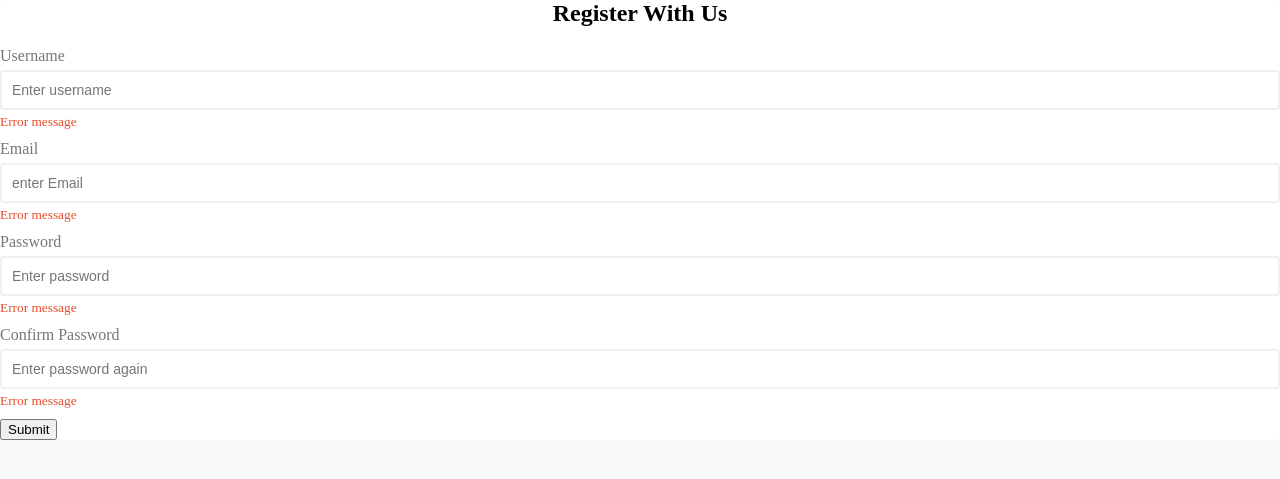
Repository: atko87/Form-Validator-Intro-
Page: index.html
The author's editor kept a copy of each file at every save. The page is drawn from the files as they stood at one save, then again after the next save.
The browser window is 1280 px wide. The pictures show the whole page.

Above is the page before, as saved 2020-03-07 23:14:01.

After the next save:
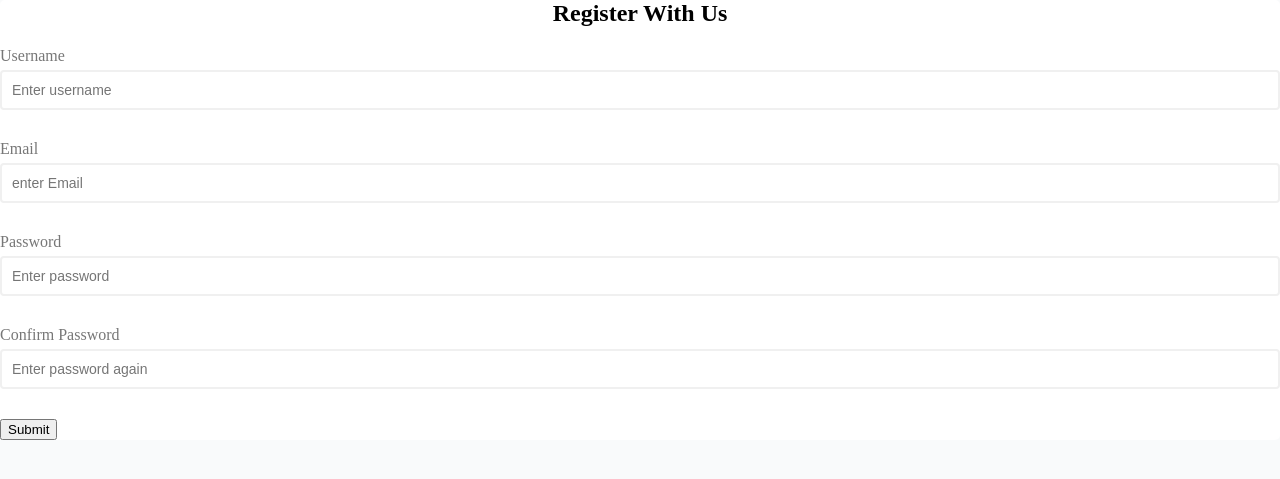
Saved 13 s later.
--- a/style.css
+++ b/style.css
@@ -70,4 +70,5 @@ h2 {
   position: absolute;
   bottom: 0;
   left: 0;
+  visibility: hidden;
 }
